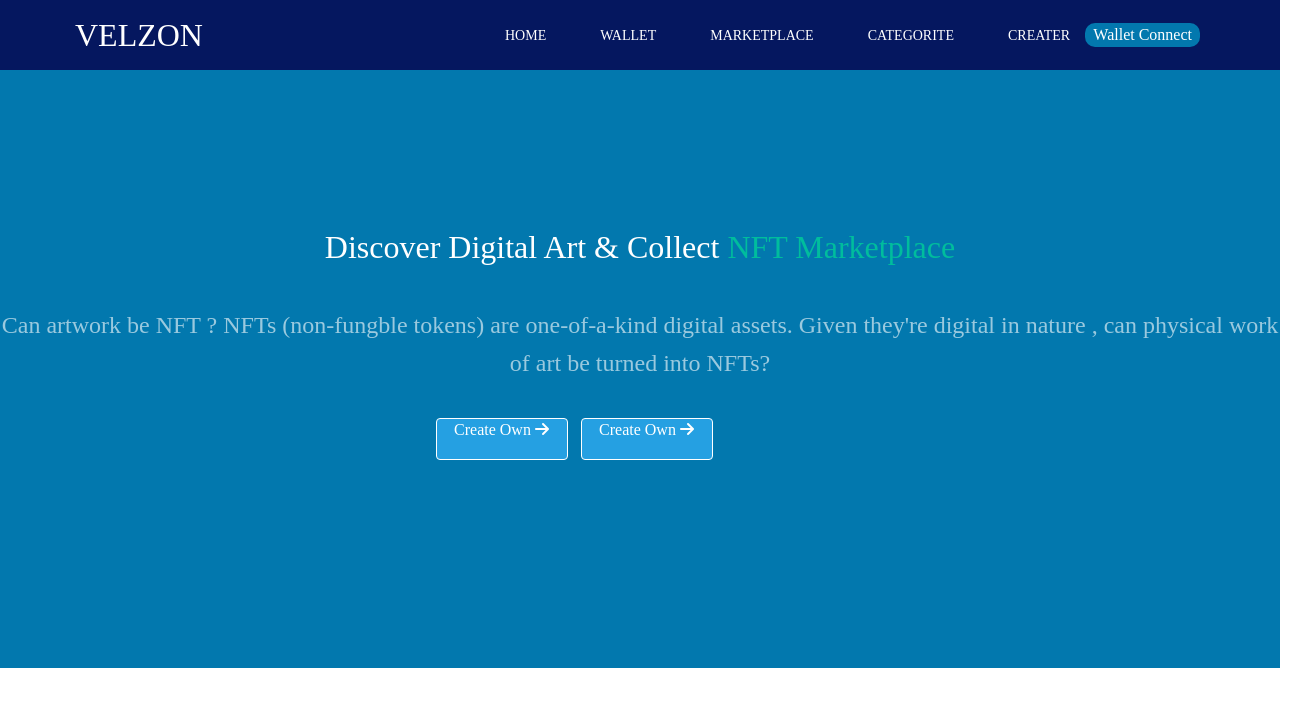
Repository: HuynhDuc23/Webvideodesgin
Page: index.html
The author's editor kept a copy of each file at every save. The page is drawn from the files as they stood at one save, then again after the next save.
The browser window is 1280 px wide. The page is 1293 px wide, then 1280 px, so the pictures cover 1293 px, including what lies to the right of the window. The pictures show the whole page.
The style sheet was rebuilt from its Sass, Less or Tailwind sources for each picture, by a compiler version that may differ from the author's.

Above is the page before, as saved 2023-04-25 12:29:33.

After the next save:
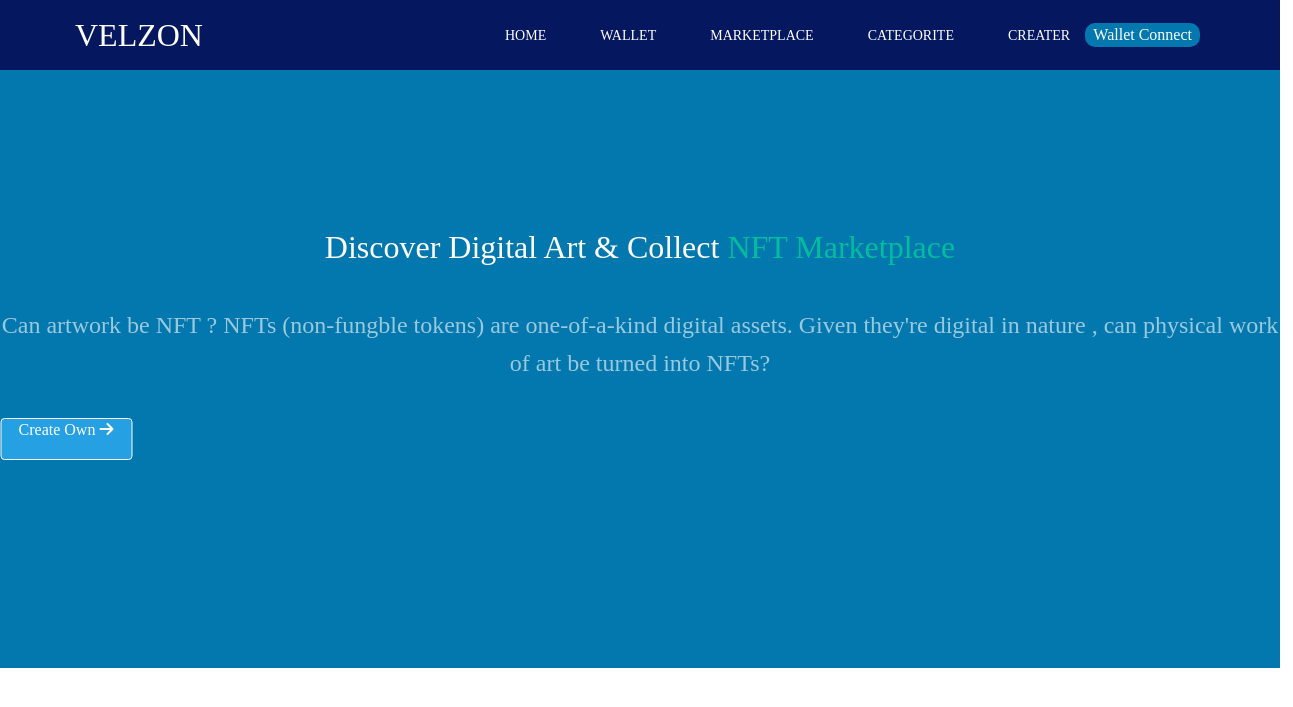
Saved 33 s later.
--- a/style.scss
+++ b/style.scss
@@ -115,6 +115,10 @@ html {
     justify-content: center;
     align-items: center;
     margin-right: -13px;
+    position: relative;
+    left: 0;
+    top: 50%;
+    transform:translate(-50%);
 }
 .button {
     width: 130px;
@@ -123,10 +127,7 @@ html {
     margin-right: 13px;
     border: 1px solid white;
     border-radius: 4px;
-    position: relative;
-    left: 0;
-    top: 50%;
-    transform:translate(-50%);
+
     &__1 {
         color:  white;
         text-align: center;
